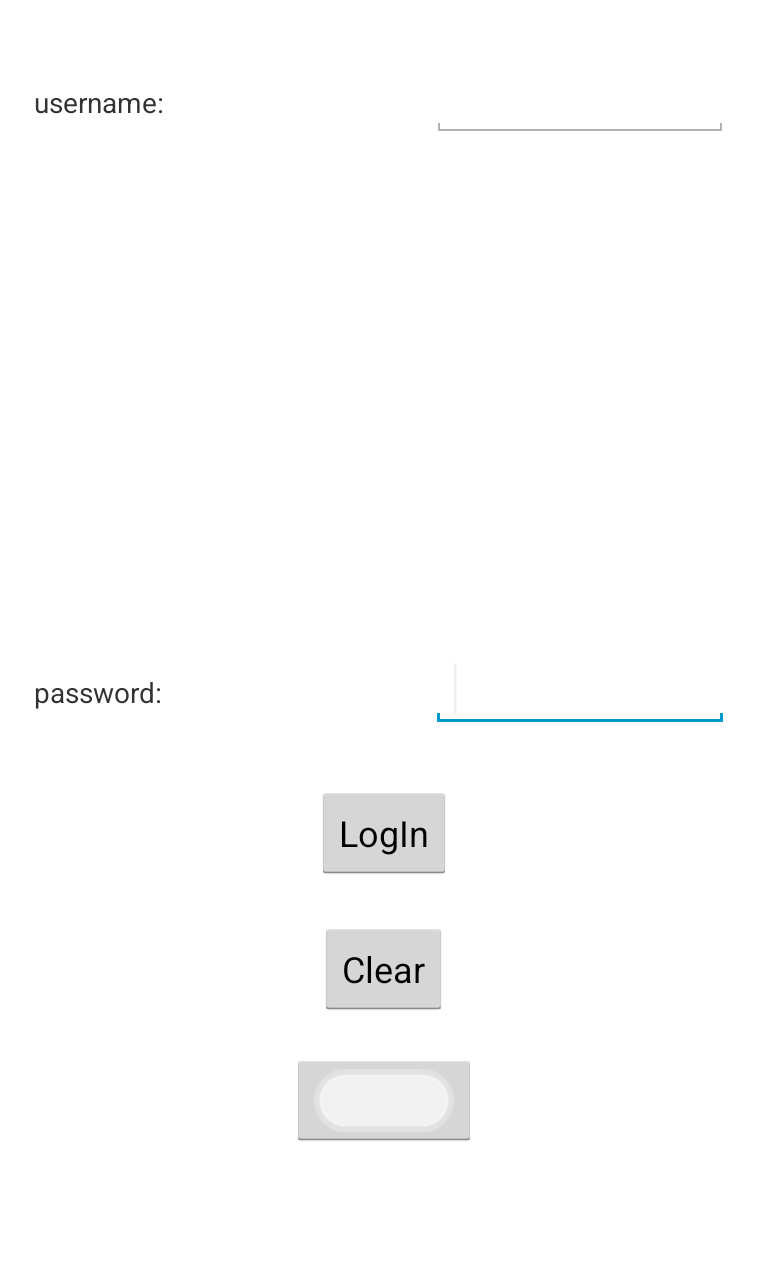
Repository: mpdehnel/seg
Layout: VectorOne/res/layout/activity_login.xml
These files come from the project's save history. The layout is drawn as it stood at one moment and after the next save; the edit follows.
It is drawn on a 768 x 1280 px phone screen (xhdpi) without system bars, with theme AppTheme; the app's code is not run.

Above is the layout before, as saved 2013-02-14 17:30:31.

### VectorOne/res/layout/activity_login.xml
<RelativeLayout xmlns:android="http://schemas.android.com/apk/res/android"
    xmlns:tools="http://schemas.android.com/tools"
    android:id="@+id/login_layout"
    android:layout_width="match_parent"
    android:layout_height="match_parent"
    android:orientation="vertical"
    tools:context=".Login" >

    <ImageButton
        android:id="@+id/registrationbutton"
        android:layout_width="wrap_content"
        android:layout_height="wrap_content"
        android:src="@drawable/button_image"
        android:layout_alignParentBottom="true"
        android:layout_centerHorizontal="true"
        android:layout_marginBottom="66dp"
        android:onClick="registration"
        android:contentDescription="@string/button_registration"
        android:text="@string/button_registration" />

    <Button
        android:id="@+id/clearbutton"
        android:layout_width="wrap_content"
        android:layout_height="wrap_content"
        android:layout_above="@+id/registrationbutton"
        android:layout_centerHorizontal="true"
        android:layout_marginBottom="18dp"
        android:onClick="clear"
        android:text="@string/button_clear" />

    <Button
        android:id="@+id/loginbutton"
        android:layout_width="wrap_content"
        android:layout_height="wrap_content"
        android:layout_above="@+id/clearbutton"
        android:layout_centerHorizontal="true"
        android:layout_marginBottom="20dp"
        android:onClick="login"
        android:text="@string/button_login" />

    <TextView
        android:id="@+id/userlabel"
        android:layout_width="wrap_content"
        android:layout_height="wrap_content"
        android:layout_alignBaseline="@+id/UsernameTextField"
        android:layout_alignBottom="@+id/UsernameTextField"
        android:layout_alignLeft="@+id/passwordlabel"
        android:text="@string/lable_username" />

    <EditText
        android:id="@+id/UsernameTextField"
        android:layout_width="150dp"
        android:layout_height="wrap_content"
        android:layout_alignLeft="@+id/PasswordTextField"
        android:layout_alignParentTop="true"
        android:layout_marginTop="30dp"
        android:ems="10"
        android:inputType="text" />

    <EditText
        android:id="@+id/PasswordTextField"
        android:layout_width="150dp"
        android:layout_height="wrap_content"
        android:layout_above="@+id/loginbutton"
        android:layout_alignParentRight="true"
        android:layout_marginBottom="28dp"
        android:layout_marginRight="19dp"
        android:ems="10"
        android:inputType="textPassword" >

        <requestFocus />
    </EditText>

    <TextView
        android:id="@+id/passwordlabel"
        android:layout_width="wrap_content"
        android:layout_height="wrap_content"
        android:layout_alignBaseline="@+id/PasswordTextField"
        android:layout_alignBottom="@+id/PasswordTextField"
        android:layout_alignParentLeft="true"
        android:layout_marginLeft="17dp"
        android:text="@string/lable_password" />

</RelativeLayout>

### VectorOne/res/drawable/button_image.xml
<?xml version="1.0" encoding="utf-8"?>
<selector xmlns:android="http://schemas.android.com/apk/res/android">

    <item android:drawable="@drawable/buttonmediumpressed" android:state_pressed="true"/> <!-- pressed -->
    <item android:drawable="@drawable/buttonmedium" android:state_pressed="false"/> <!-- default -->

</selector>

### VectorOne/res/values/strings.xml
<resources>

    <string name="app_name">CacheCaptains</string>
    <string name="username">Username</string>
    <string name="button_maps">View</string>
    <string name="button_settings">Settings</string>
    <string name="button_user">Me</string>
    <string name="button_cachselect">Caches</string>
    <string name="button_login">LogIn</string>
    <string name="button_clear">Clear</string>
    <string name="button_registration">Register</string>
    <string name="lable_username">username:</string>
    <string name="lable_password">password:</string>
    <string name="question">Help</string>

    <string-array name="Cachs">
        <item>Yes</item>
        <item>No</item>
        <item>All</item>
    </string-array>
    <string-array name="Team">
        <item>My</item>
        <item>NotMine</item>
        <item>All</item>
    </string-array>
    <string-array name="Distance">
        <item>500</item>
        <item>1000</item>
        <item>2000</item>
        <item>5000</item>
        <item>10000</item>
        <item>All</item>
    </string-array>
    <string-array name="Unit">
        <item>m-km</item>
        <item>ft-mile</item>
    </string-array>
       <string-array name="sort">
        <item>name</item>
        <item>distance</item>
    </string-array>

    <string name="leer"></string>

    <string name="addnewCachebutton">AddNewCache</string>

</resources>

Loaded but not shown: VectorOne/res/values/styles.xml (common file); VectorOne/res/values-v11/styles.xml (common file); VectorOne/res/values-v14/styles.xml (common file)

After the next save:
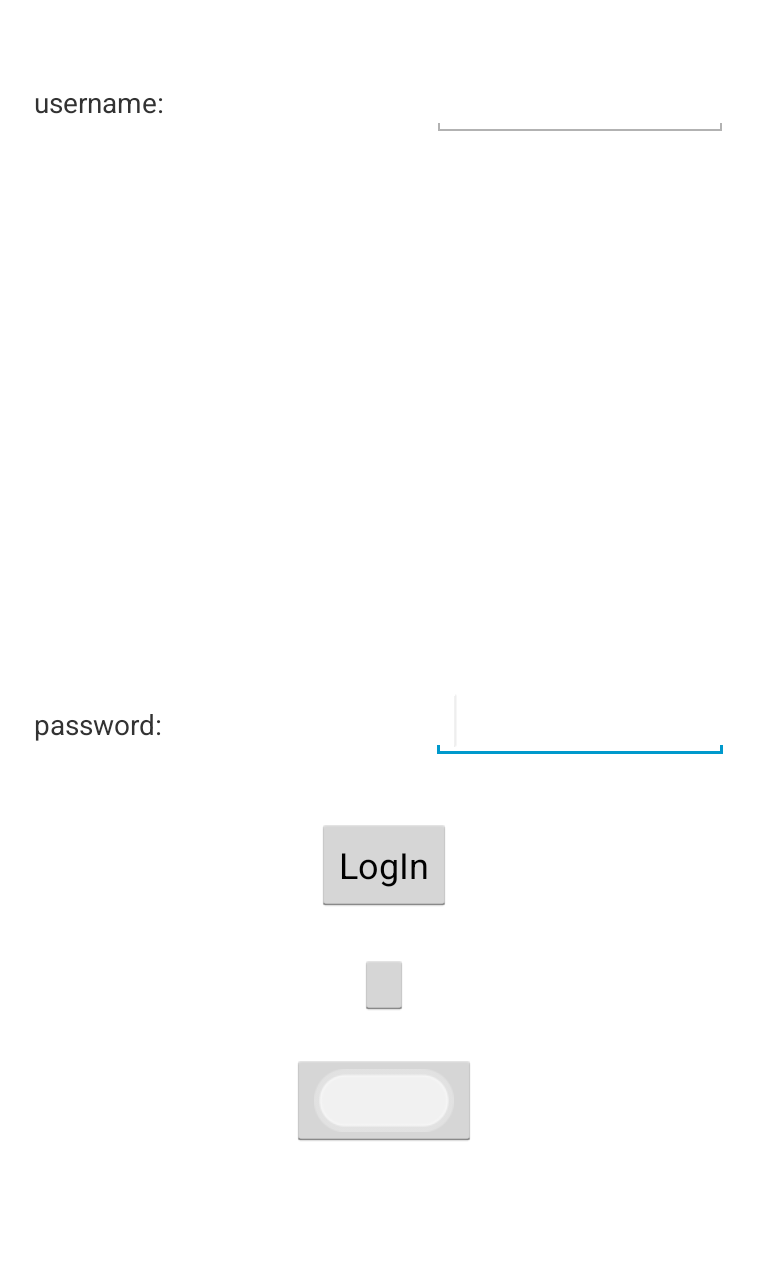
Saved 25 s later.
--- a/VectorOne/res/layout/activity_login.xml
+++ b/VectorOne/res/layout/activity_login.xml
@@ -18,7 +18,7 @@
         android:contentDescription="@string/button_registration"
         android:text="@string/button_registration" />
 
-    <Button
+    <ImageButton
         android:id="@+id/clearbutton"
         android:layout_width="wrap_content"
         android:layout_height="wrap_content"
@@ -26,6 +26,7 @@
         android:layout_centerHorizontal="true"
         android:layout_marginBottom="18dp"
         android:onClick="clear"
+        android:contentDescription="@string/button_clear"
         android:text="@string/button_clear" />
 
     <Button
